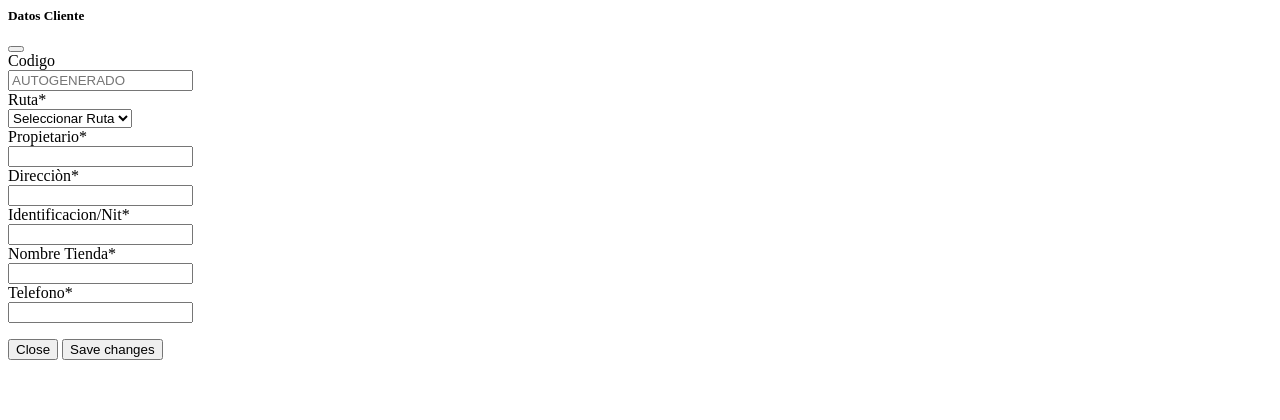
Repository: LucasVillegas/app-admin
Page: http://localhost/app-movil/resources/views/pages/includes/modal-cliente.php
An editor plug-in stored every save of this project. The page is shown before and after the next save, followed by the edit.
The browser window is 1280 px wide. The pictures show the whole page.
The page is run by PHP 8.4 with error messages shown; the project is at /var/www/html/.

Above is the page before, as saved 2022-06-13 15:02:37.

### resources/views/pages/includes/modal-cliente.php
<!-- Modal Dialog Scrollable -->
<!-- <button type="button" class="btn btn-primary" data-bs-toggle="modal" data-bs-target="#modalDialogScrollable">
    Modal Dialog Scrollable
</button> -->
<div class="modal fade" id="modalDialogScrollable" tabindex="-1">
    <div class="modal-dialog modal-dialog-scrollable">
        <div class="modal-content">
            <div class="modal-header">
                <h5 class="modal-title">Datos Cliente</h5>
                <button type="button" class="btn-close" data-bs-dismiss="modal" aria-label="Close"></button>
            </div>
            <div class="modal-body">
                <!-- General Form Elements -->
                <form>
                    <div class="row mb-2">
                        <label for="inputText" class="col-sm-2 col-form-label">Codigo</label>
                        <div class="col-sm-10">
                            <input type="text" class="form-control" readonly id="codigo" name="codigo"
                                placeholder="AUTOGENERADO">
                        </div>
                    </div>
                    <div class="row mb-2">
                        <label for="inputEmail" class="col-sm-2 col-form-label">Ruta<span
                                class="badge badge-pill text-danger">*</span></label></label>
                        <div class="col-sm-10">
                            <select id="inputState" class="form-select">
                                <option selected>Seleccionar Ruta</option>
                                <option>...</option>
                            </select>
                        </div>
                    </div>
                    <div class="row mb-2">
                        <label for="inputPassword" class="col-sm-2 col-form-label">Propietario<span
                                class="badge badge-pill text-danger">*</span></label></label>
                        <div class="col-sm-10">
                            <input type="password" class="form-control">
                        </div>
                    </div>
                    <div class="row mb-2">
                        <label for="inputNumber" class="col-sm-2 col-form-label">Direcci&ograve;n<span
                                class="badge badge-pill text-danger">*</span></label></label>
                        <div class="col-sm-10">
                            <input type="number" class="form-control">
                        </div>
                    </div>
                    <div class="row mb-2">
                        <label for="inputNumber" class="col-sm-2 col-form-label">Identificacion/Nit<span
                                class="badge badge-pill text-danger">*</span></label></label>
                        <div class="col-sm-10">
                            <input type="number" class="form-control">
                        </div>
                    </div>
                    <div class="row mb-2">
                        <label for="inputNumber" class="col-sm-2 col-form-label">Nombre Tienda<span
                                class="badge badge-pill text-danger">*</span></label></label>
                        <div class="col-sm-10">
                            <input type="number" class="form-control">
                        </div>
                    </div>
                    <div class="row mb-2">
                        <label for="inputNumber" class="col-sm-2 col-form-label">Telefono<span
                                class="badge badge-pill text-danger">*</span></label></label>
                        <div class="col-sm-10">
                            <input type="number" class="form-control">
                        </div>
                    </div>
                </form>
                <!-- End General Form Elements -->
            </div>
            <div class="modal-footer">
                <button type="button" class="btn btn-secondary btn-sm" data-bs-dismiss="modal">Close</button>
                <button type="button" class="btn btn-primary btn-sm">Save changes</button>
            </div>
        </div>
    </div>
</div>
<!-- End Modal Dialog Scrollable-->

After the next save:
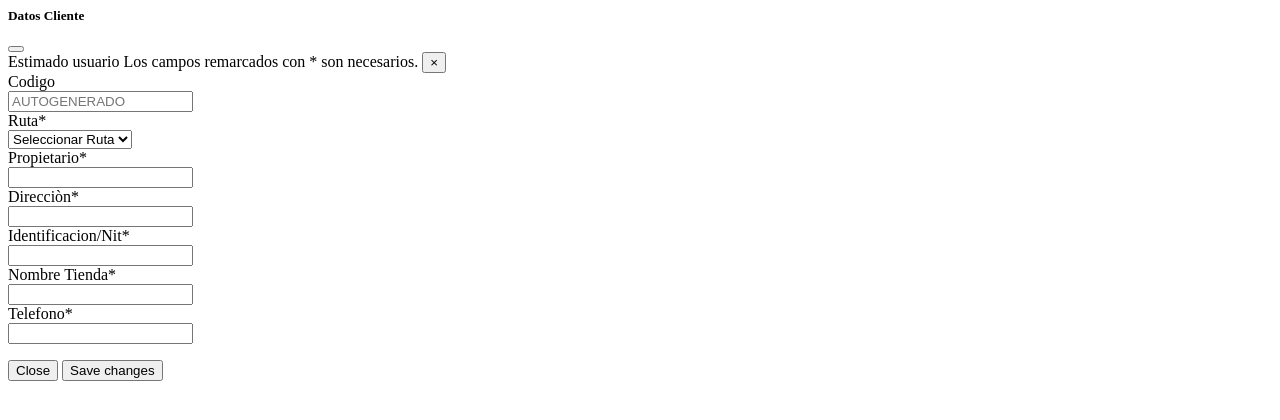
Saved 29 s later.
--- a/resources/views/pages/includes/modal-cliente.php
+++ b/resources/views/pages/includes/modal-cliente.php
@@ -10,6 +10,14 @@
                 <button type="button" class="btn-close" data-bs-dismiss="modal" aria-label="Close"></button>
             </div>
             <div class="modal-body">
+                <div class="col-xl-12 col-lg-12 col-md-12 col-sm-12 col-12">
+                    <div class="alert alert-info alert-styled-left text-blue-800 content-group mb-2">
+                        <span class="text-semibold"><i class="fas fa-info-circle fa-2x"></i> Estimado
+                            usuario</span>
+                        Los campos remarcados con <span class="text-danger"> * </span> son necesarios.
+                        <button type="button" class="close" data-dismiss="alert">×</button>
+                    </div>
+                </div>
                 <!-- General Form Elements -->
                 <form>
                     <div class="row mb-2">
